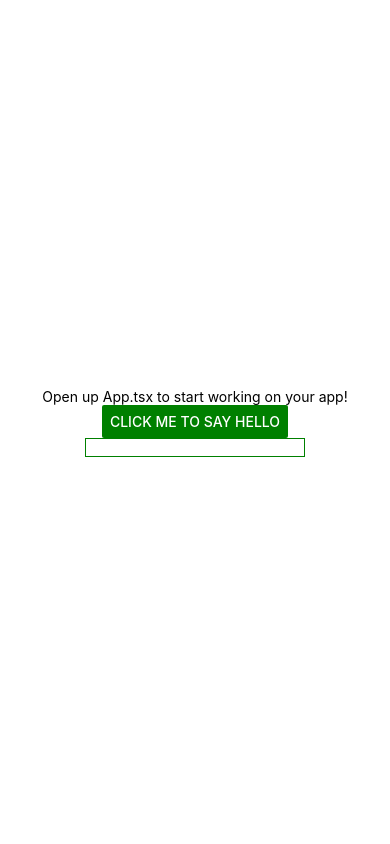
Repository: duongnoob23/WIND_SPEED_IOT
Screen: /Home
An editor plug-in stored every save of this project. The screen is shown before and after the next save, followed by the edit.
The app was drawn by React Native's web renderer in a window 390 px wide. The project was rebuilt for these pictures with package versions that can differ from the ones it lists, and the page was loaded fresh each time.

Above is the screen before, as saved 2025-03-10 15:20:27.

After the next save:
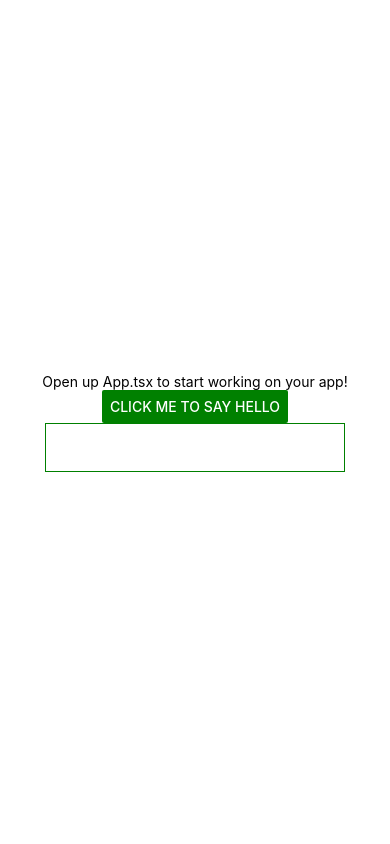
Saved 75 s later.
--- a/App.tsx
+++ b/App.tsx
@@ -35,5 +35,7 @@ const css = StyleSheet.create({
   border: {
     borderColor: "green",
     borderWidth: 1,
+    width: 300,
+    padding: 15,
   },
 });
